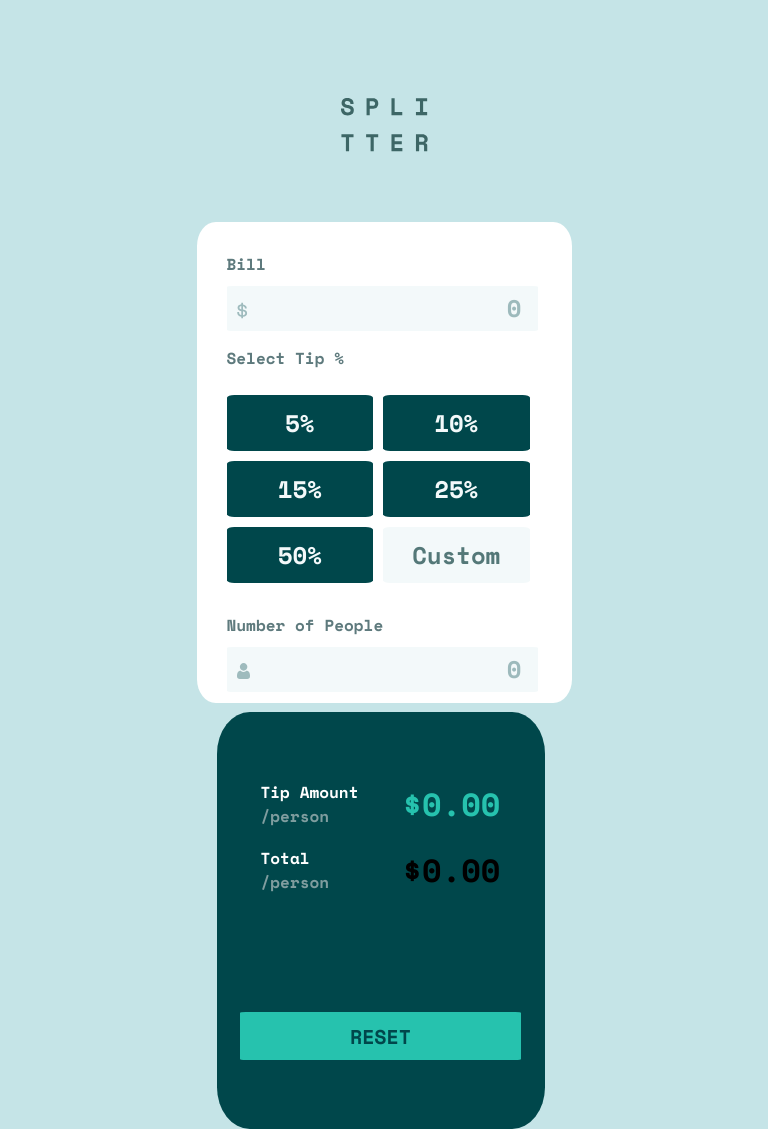
Repository: Arkitecth/tip-calculator
Page: index.html
These files come from the project's save history. The page is drawn as it stood at one moment and after the next save; the edit follows.
The browser window is 768 px wide. The pictures show the whole page.

Above is the page before, as saved 2023-06-09 20:11:46.

### index.html
<!DOCTYPE html>
<html lang="en">
<head>
  <meta charset="UTF-8">
  <meta name="viewport" content="width=device-width, initial-scale=1.0"> <!-- displays site properly based on user's device -->

  <link rel="icon" type="image/png" sizes="32x32" href="./images/favicon-32x32.png">
  <link rel="stylesheet" href="styles.css">
  <title>Tip calculator app</title>

</head>
<body>

  <main>
    <img src="images/logo.svg" alt="logo">
      <div class="app">
        <div class="entry">
          <div class="bill-entry">
            <p>Bill</p>
            <img src="images/icon-dollar.svg" alt="dollar sign"><input class="entry-input" type="text" name="Bill" id="Bill" placeholder="0">
          </div>

          <div class="tip-entry">
            <p>Select Tip %</p>
            <input type="button" value="5%">
            <input type="button" value="10%">
            <input type="button" value="15%">
            <input type="button" value="25%">
            <input type="button" value="50%">
            <input class="custom" type="button" value="Custom">
          </div>

          <div class="people-entry">
            <p>Number of People</p>
            <img src="images/icon-person.svg" alt="person sign"><input class="entry-input" type="text" name="people-entry" id="people-entry" placeholder="0">
          </div>

        </div>

        <div class="result">
          <div class="tip">
            <p class="title">Tip Amount
              <br>
              <span class="grey-color">/person</span>
            </p>
            <h1 class="amount">$0.00</h1>

          </div>

          <div class="total">
            <p class="title">Total
              <br>
              <span class="grey-color">/person</span>
            </p>
            <h1>$0.00</h1>
          </div>
          <button class="reset-button">Reset</button>
        </div>


  </div>
  </main>





</body>
</html>

### styles.css
@import url('https://fonts.googleapis.com/css2?family=Space+Mono:wght@700&display=swap');
* {
    margin: 0;
    padding: 0;
    font-family: 'Space Mono', monospace;
}

/* Main Styling */
body {
    background-color: #C5E4E7;

}

main {
    display: flex;
    flex-direction: column;
    justify-content: center;
    align-items: center;
    align-content: center;
    height: 100vh;
    gap: 70px;
}

/* App Styling */

.app {
    width: 920px;
    height: 481px;
    background-color: white;
    border-radius: 5%;
    display: grid;
    grid-template-columns: 1fr 1fr;
}

/* Entry Styling */

.entry {
    display: grid;
    padding-top: 30px;
    grid-template-rows: auto auto auto;
    padding-left: 30px;
    justify-content: center;
    color: #5E7A7D;
}

.entry p {
    margin-bottom: 10px;
}

.entry-input {
    background-color:#f3F9FA;
    width: 379px;
    height: 45px;
    border: none;
    border-radius: 2%;
    text-align: right;
    font-size: 1.5rem;
    color: #00474B;

}

.entry-input:focus {
    outline: none;
    border: 1px solid #26C2AE;

}

.entry-input::placeholder {
    text-align: right;
    font-size: 1.5rem;
    color:#00474B;
    opacity: 0.35;
    padding: 1rem;

}

/* Bill Styling */

.bill-entry {
    position: relative;
}

.bill-entry img {
    position: absolute;
    top: 50px;
    left: 10px;
}

/* Tip Entry */
.tip-entry p {
    padding: 10px;
}
.tip-entry input[type="button"] {
    width: 117px;
    padding: 10px;
    margin-bottom: 10px;
    background-color:#00474B;
    color: #f3F9FA;
    font-size: 1.5rem;
    border: none;
    border-radius: 5%;
    font-weight: 700;
}

.tip-entry input[type="button"]:active,.tip-entry input[type="button"]:hover {
    background-color: #26C2AE;
}
.tip-entry input[type="button"]:active {
    transform: translateY(4px);
}

.tip-entry input.custom {
    background-color: #F3F9FA;
    color:#547878;
}

/* People Entry Styling */
.people-entry {
    position: relative;
}
.people-entry img {
    position: absolute;
    top: 50px;
    left: 10px;
}

/* Result Styling */
.result {
    display: flex;
    flex-direction: column;
    background-color: #00474B;
    align-content: center;
    justify-content: space-evenly;
    border-radius: 10%;
    margin-top: 30px;
    width: 413px;
    height: 417px;
}

/* Tip Syling */
.tip {
    display: flex;
    flex-direction: row;
    justify-content: space-evenly;
    align-content: center;

}

.title {
    color: #FFFFFF;
    width: 98px;
}

.grey-color {
    color: #7F9D9F;
}

.amount {
    color: #26C2AE;
    font-size: 48px;
}

.total {
    display: flex;
    justify-content: space-evenly;
    transform: translateY(-50px);
}

/* Rest Button */
.reset-button {
    width: 333px;
    height: 48px;
    margin: 0 auto;
    text-transform: uppercase;
    font-size: 20px;
    background-color: #26C2AE;
    color: #00474B;
    border: none;
    border-radius: 2%;
}

.reset-button:hover,
.reset-button:active{
    background-color: #9FE8DF
}
.reset-button:active{
    transform: translateY(4px);
}

@media screen and (max-width:956px) {
    .app {
        display: grid;
        grid-template-rows: 1fr 1fr;
        width: 375px;
    }
    .entry-input {
        width: 311px;
    }
    .tip-entry p {
        padding: 15px 0;
    }
    .tip-entry input[type="button"]  {
        width: 146.63px;
    }
    .people-entry p {
        padding-top: 20px;
    }

    .people-entry img {
        transform: translateY(20px);
    }
    .result {
        grid-row: 2;
        width: 328px;
        margin: 10px auto;
        font-size: 16px;
        justify-content: space-evenly;
        margin-top: 20px;
        margin-left: 20px;
    }

    .reset-button {
        width: 281px;
    }

    .amount {
        font-size: 32px;
    }
}

After the next save:
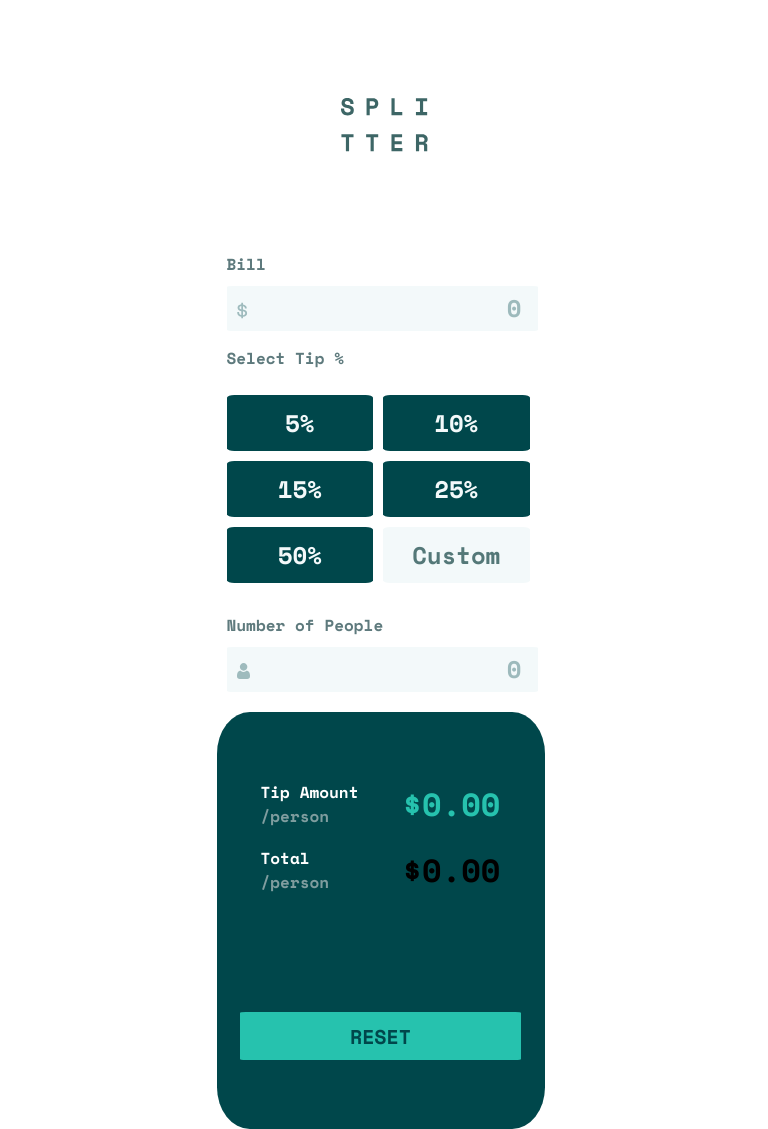
Saved 37 s later.
--- a/styles.css
+++ b/styles.css
@@ -188,6 +188,13 @@
 }
 
 @media screen and (max-width:956px) {
+    body {
+        background-color: #FFFFFF;
+    }
+
+    .logo {
+        background-color: #00474B;
+    }
     .app {
         display: grid;
         grid-template-rows: 1fr 1fr;

After the 2 saves that followed:
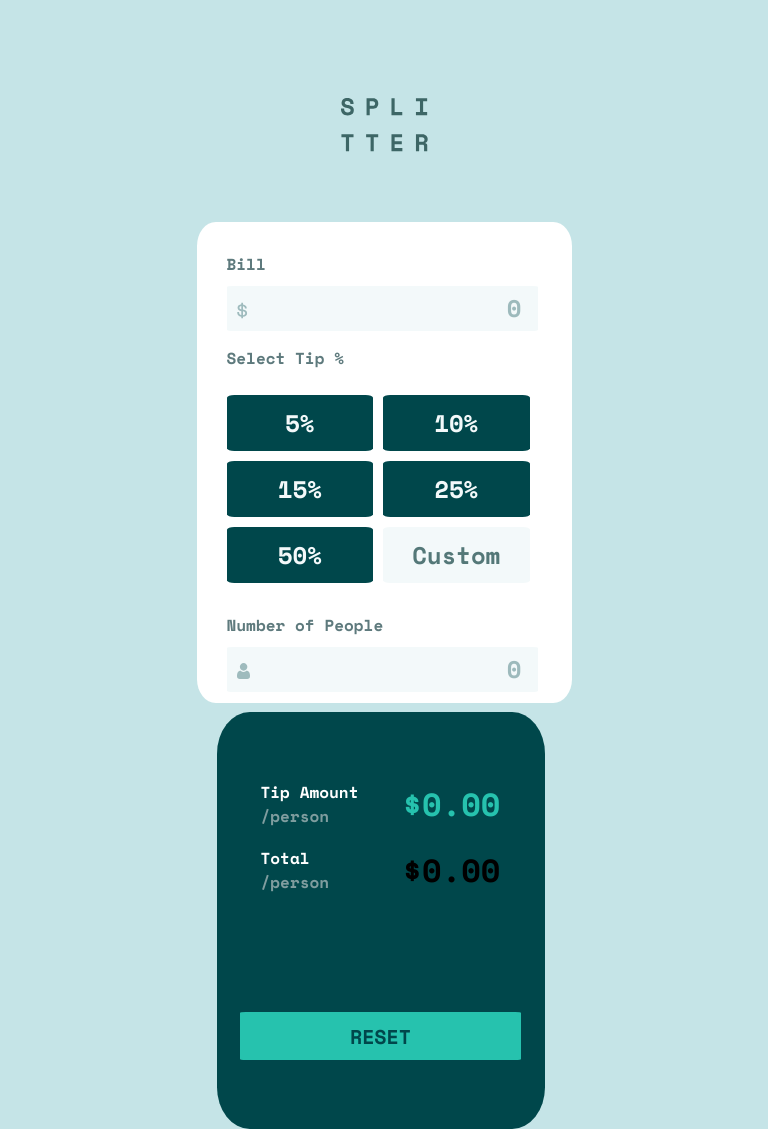
The 2 saves are shown as one change because 1 left the picture as it was.
The last was saved 27 s later.
--- a/styles.css
+++ b/styles.css
@@ -188,13 +188,6 @@
 }
 
 @media screen and (max-width:956px) {
-    body {
-        background-color: #FFFFFF;
-    }
-
-    .logo {
-        background-color: #00474B;
-    }
     .app {
         display: grid;
         grid-template-rows: 1fr 1fr;
